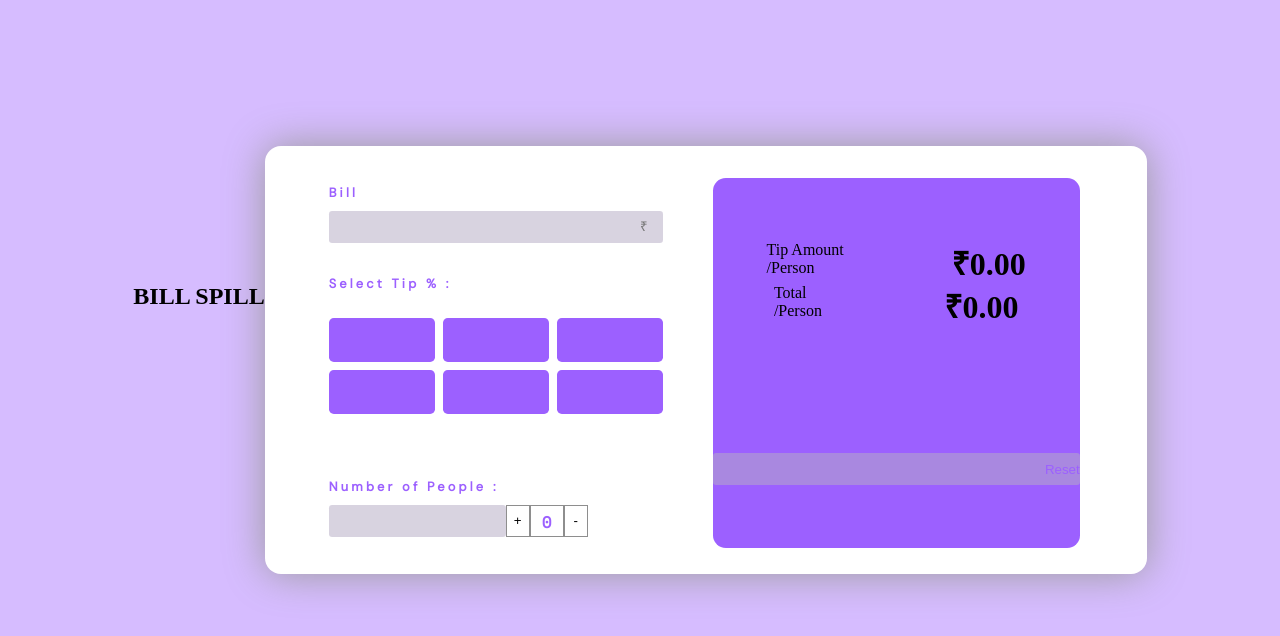
Repository: drumsmanku/micro-project-3
Page: index.html
An editor plug-in stored every save of this project. The page is shown before and after the next save, followed by the edit.
The browser window is 1280 px wide. The pictures show the whole page.

Above is the page before, as saved 2023-04-17 19:44:17.

After the next save:
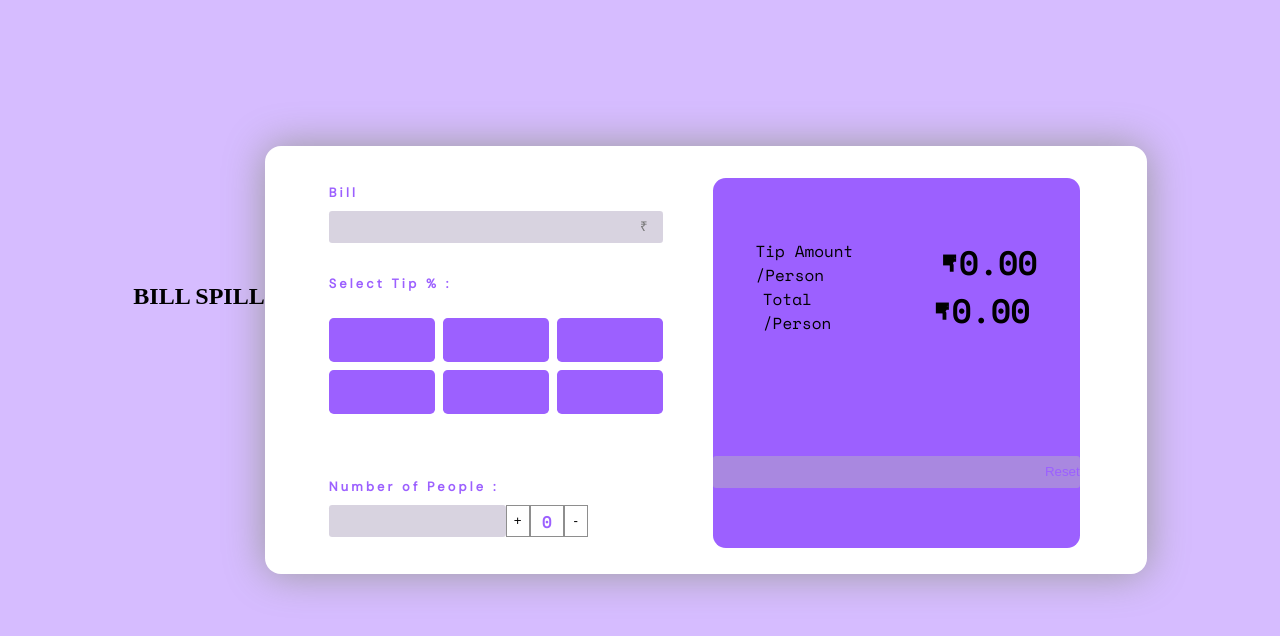
Saved 53 min 29 s later.
--- a/styles.css
+++ b/styles.css
@@ -100,6 +100,9 @@ main>h2{
   display: flex;
   justify-content: space-around;
 }
+.first-second-line{
+  font-family: 'Space Mono'
+}
 input{
   border-radius: 0.2rem;
   border: none;
